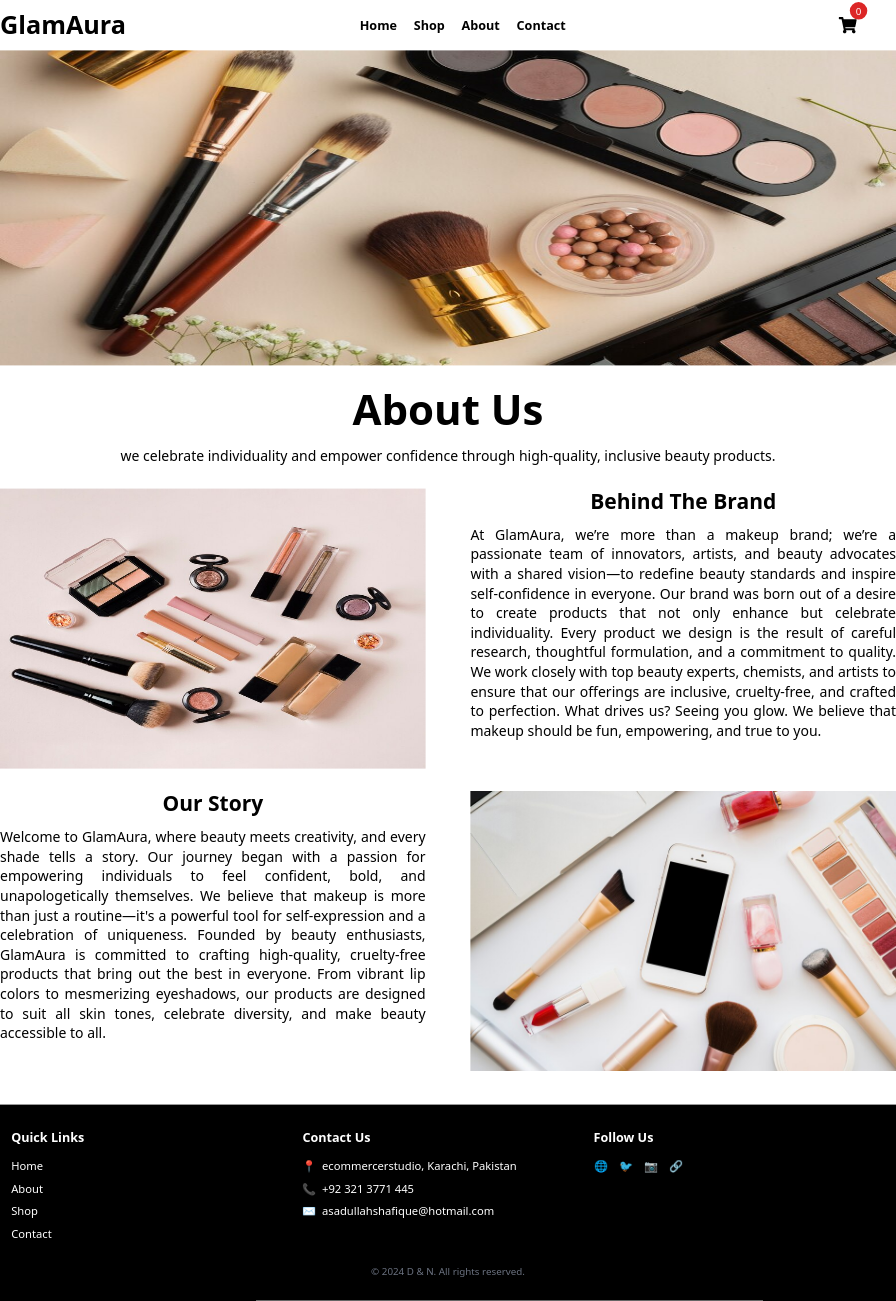
Repository: asadullah48/ecommerce-parlour-next14
Page: /about
These files come from the project's save history. The page is drawn as it stood at one moment and after a run of saves; the edit follows.
The browser window is 1280 px wide. The pictures show the whole page, at 70% of full size.
The project was rebuilt for these pictures with package versions that can differ from the ones it lists, and the page was loaded fresh each time. The framework's server and built-in components were replaced by stand-ins that run in the browser. Also part of the build but not shown: next.config.mjs, src/app/components/CartProduct.tsx, src/app/components/Cart.tsx.

Above is the page before, as saved 2024-10-28 11:36:49.

### src/app/layout.tsx
"use client"
import localFont from "next/font/local";
import "./globals.css";
import Navbar from "./components/Navbar";
import Footer from "./components/Footer";
import { Provider } from "react-redux";
import { store } from "@/redux/store";
import { useState } from "react";
import Cart from "./components/Cart";


const geistSans = localFont({
  src: "./fonts/GeistVF.woff",
  variable: "--font-geist-sans",
  weight: "100 900",
});
const geistMono = localFont({
  src: "./fonts/GeistMonoVF.woff",
  variable: "--font-geist-mono",
  weight: "100 900",
});

// export const metadata: Metadata = {
//   title: "Cosmatics Website",
//   description: "Generated by create next app",
// };

export default function RootLayout({
  children,
}: Readonly<{
  children: React.ReactNode;
}>) {
  const [showCart, setShowCart] = useState(false)
  return (
    <html lang="en">
      <body className={`${geistSans.variable} ${geistMono.variable} antialiased`} >
        <Provider store={store}>
         <Navbar setShowCart={setShowCart}/>
         {showCart && <Cart setShowCart={setShowCart}/>}
         {children}
         <Footer/>
        </Provider>
      </body>
    </html>
  );
}

### src/app/about/page.tsx
import React from 'react'
import Image from 'next/image'

const page = () => {
  return (
    <div className='container relative rt-16'>
      <Image
        className='w-[100%] h-[450px]'
        src="/2.jpg"
        width={1500}
        height={900}
        alt='Hero Image'
      />

      <div className="container pt-8">
        <h2 className='text-center font-bold text-6xl pb-6'>About Us</h2>
        <p className='text-center text-xl pb-8'>
        we celebrate individuality and empower confidence through high-quality, inclusive beauty products.
        </p>

        {/* First Row */}
        <div className="grid md:grid-cols-2 gap-16">
          <div>
            <Image
              className='w-[100%] h-[400px]'
              src="/3.jpg"
              width={700}
              height={500}
              alt='Brand Image'
            />
          </div>
          <div className="space-y-4">
            <h3 className='text-center text-3xl font-bold'>Behind The Brand</h3>
            <p className='text-xl text-justify'>
            At GlamAura, we’re more than a makeup brand; we’re a passionate team of innovators, artists, and beauty advocates with a shared vision—to redefine beauty standards and inspire self-confidence in everyone. Our brand was born out of a desire to create products that not only enhance but celebrate individuality.

Every product we design is the result of careful research, thoughtful formulation, and a commitment to quality. We work closely with top beauty experts, chemists, and artists to ensure that our offerings are inclusive, cruelty-free, and crafted to perfection.

What drives us? Seeing you glow. We believe that makeup should be fun, empowering, and true to you.
            </p>
          </div>
        </div>

        {/* Second Row */}
        <div className="grid md:grid-cols-2 gap-16 pt-8">
          <div className="space-y-4 order-last md:order-first">
            <h3 className='text-center text-3xl font-bold'>Our Story</h3>
            <p className='text-xl text-justify'>
            Welcome to GlamAura, where beauty meets creativity, and every shade tells a story. Our journey began with a passion for empowering individuals to feel confident, bold, and unapologetically themselves. We believe that makeup is more than just a routine—it's a powerful tool for self-expression and a celebration of uniqueness.

Founded by beauty enthusiasts, GlamAura is committed to crafting high-quality, cruelty-free products that bring out the best in everyone. From vibrant lip colors to mesmerizing eyeshadows, our products are designed to suit all skin tones, celebrate diversity, and make beauty accessible to all.
            </p>
          </div>
          <div>
            <Image
              className='w-[100%] h-[400px]'
              src="/6.jpg"
              width={700}
              height={500}
              alt='Our Story Image'
            />
          </div>
        </div>
      </div>
    </div>
  )
}

export default page

### src/app/globals.css
@tailwind base;
@tailwind components;
@tailwind utilities;

@layer components {
    .navLink{
        @apply text-[18px] hover:text-rose-800
    }
}

### src/app/components/Navbar.tsx
import React, { useState } from 'react';
import { RxHamburgerMenu } from 'react-icons/rx';
import { FaTimes, FaShoppingCart } from 'react-icons/fa';
import Link from 'next/link';
import { useAppSelector } from '@/redux/hooks';

const Navbar = ({ setShowCart }: any) => {
  const cartCount = useAppSelector((state) => state.cartReducer.length);
  const [isMenuOpen, setIsMenuOpen] = useState(false);

  return (
    <div className="bg-white py-4 sticky top-0 z-10">
      <div className="container flex justify-between items-center">
        <RxHamburgerMenu
          className="sm:hidden text-[26px] cursor-pointer"
          onClick={() => setIsMenuOpen(true)}
        />

        <Link href="/" className="text-4xl font-bold hover:text-rose-800">GlamAura</Link>

        <ul className="hidden sm:flex gap-6 font-bold">
          <li>
            <Link href="/" className='navLink'>Home</Link>
          </li>
          <li>
            <Link href="/shop" className='navLink'>Shop</Link>
          </li>
          <li>
            <Link href="/about" className='navLink'>About</Link>
          </li>
          <li>
            <Link href="/contact" className='navLink'>Contact</Link>
          </li>
        </ul>
        <div className="flex gap-4 px-14 text-[26px]">
          <div className="relative cursor-pointer" onClick={() => setShowCart(true)}>
            <FaShoppingCart />
            <div className="absolute top-[-20px] right-[-15px] bg-red-600 w-[25px] h-[25px] rounded-full text-white text-[14px] grid place-items-center ">
              {cartCount}
            </div>
          </div>
        </div>
      </div>
      {isMenuOpen && (
        <div className="sm:hidden bg-white shadow-lg">
          <div className="flex justify-between items-center p-4 border-b">
            <h2 className="text-xl font-bold">Menu</h2>
            <FaTimes
              className="text-[26px] cursor-pointer"
              onClick={() => setIsMenuOpen(false)}
            />
          </div>
          <ul className="flex flex-col p-4 items-center">
            <li className="py-2 font-bold">
              <Link href="/" className='navLink ' onClick={() => setIsMenuOpen(false)}>Home</Link>
            </li>
            <li className="py-2 font-bold">
              <Link href="/shop" className='navLink' onClick={() => setIsMenuOpen(false)}>Shop</Link>
            </li>
            <li className="py-2 font-bold">
              <Link href="/about" className='navLink' onClick={() => setIsMenuOpen(false)}>About</Link>
            </li>
            <li className="py-2 font-bold">
              <Link href="/contact" className='navLink' onClick={() => setIsMenuOpen(false)}>Contact</Link>
            </li>
          </ul>
        </div>
      )}
    </div>
  );
};

export default Navbar;

### src/app/components/Footer.tsx
import React from 'react';

const Footer: React.FC = () => {
  return (
    <footer className="bg-black text-white py-8 pt-8 mt-12">
      <div className="container  mx-auto px-4">
        <div className=" container flex flex-col md:flex-row justify-between space-y-8 md:space-y-0">
          {/* Links Section */}
          <div className="flex-1">
            <h3 className="text-lg font-semibold mb-4">Quick Links</h3>
            <ul className="space-y-2">
              <li><a href="/" className="hover:text-rose-800">Home</a></li>
              <li><a href="/about" className="hover:text-rose-800">About</a></li>
              <li><a href="/shop" className="hover:text-rose-800">Shop</a></li>
              <li><a href="/contact" className="hover:text-rose-800">Contact</a></li>
            </ul>
          </div>

          {/* Contact Info Section */}
          <div className="flex-1">
            <h3 className="text-lg font-semibold mb-4">Contact Us</h3>
            <ul className="space-y-2">
              <li className="flex items-center space-x-2">
                <span>📍</span>
                <span> ecommercerstudio, Karachi, Pakistan</span>
              </li>
              <li className="flex items-center space-x-2">
                <span>📞</span>
                <span>+92 321 3771 445</span>
              </li>
              <li className="flex items-center space-x-2">
                <span>✉️</span>
                <span>asadullahshafique@hotmail.com</span>
              </li>
            </ul>
          </div>

          {/* Social Media Icons */}
          <div className="flex-1">
            <h3 className="text-lg font-semibold mb-4">Follow Us</h3>
            <div className="flex space-x-4">
              <a href="#" className="text-gray-200 hover:text-blue-400" aria-label="Facebook">🌐</a>
              <a href="#" className="text-gray-200 hover:text-blue-400" aria-label="Twitter">🐦</a>
              <a href="#" className="text-gray-200 hover:text-blue-400" aria-label="Instagram">📷</a>
              <a href="#" className="text-gray-200 hover:text-blue-400" aria-label="LinkedIn">🔗</a>
            </div>
          </div>
        </div>

        {/* Footer Bottom */}
        <div className="mt-8 text-center text-gray-500 text-sm">
          &copy; 2024 D & N. All rights reserved.
        </div>
      </div>
    </footer>
  );
};

export default Footer;

### src/redux/store.ts
import {configureStore} from "@reduxjs/toolkit";
import cartReducer from "./features/cartSlice";

export const store = configureStore({
    reducer: {
        cartReducer,
    },
    devTools: process.env.NODE_ENV !== "production",
});
export type RootState = ReturnType<typeof store.getState>;
export type AppDispatch = typeof store.dispatch;

### src/redux/hooks.ts
import {TypedUseSelectorHook, useDispatch, useSelector} from "react-redux";
import type{RootState, AppDispatch} from "./store";

export const useAppDispatch = () => useDispatch <AppDispatch>();
export const useAppSelector : TypedUseSelectorHook<RootState> = useSelector;

### src/redux/features/cartSlice.ts
import {createSlice, PayloadAction} from "@reduxjs/toolkit";

interface IProduct{
    id:number;
    name:string;
    img:string;
    price:number;
    quantity:number;
}

const initialState: Array<IProduct> = []

export const cartSlice = createSlice({
    name:"cartSlice",
    initialState,
    reducers: {
        addToCart: (state, action: PayloadAction<IProduct>) => {
            if (state.findIndex((pro) => pro.id === action.payload.id) === -1) {
                state.push(action.payload);
            }
            else{
                return state.map((item) => item.id === action.payload.id ? {...item, quantity:item.quantity + 1} : item);
            }
        },
        removeFromCart:(state, action:PayloadAction<number>) => {
            const id = action.payload;
            return state.filter((item) => item.id !== id);
        },
    },
});

export const {addToCart, removeFromCart} = cartSlice.actions
export default cartSlice.reducer

Loaded but not shown: tailwind.config.ts (common file)

After the next 5 saves:
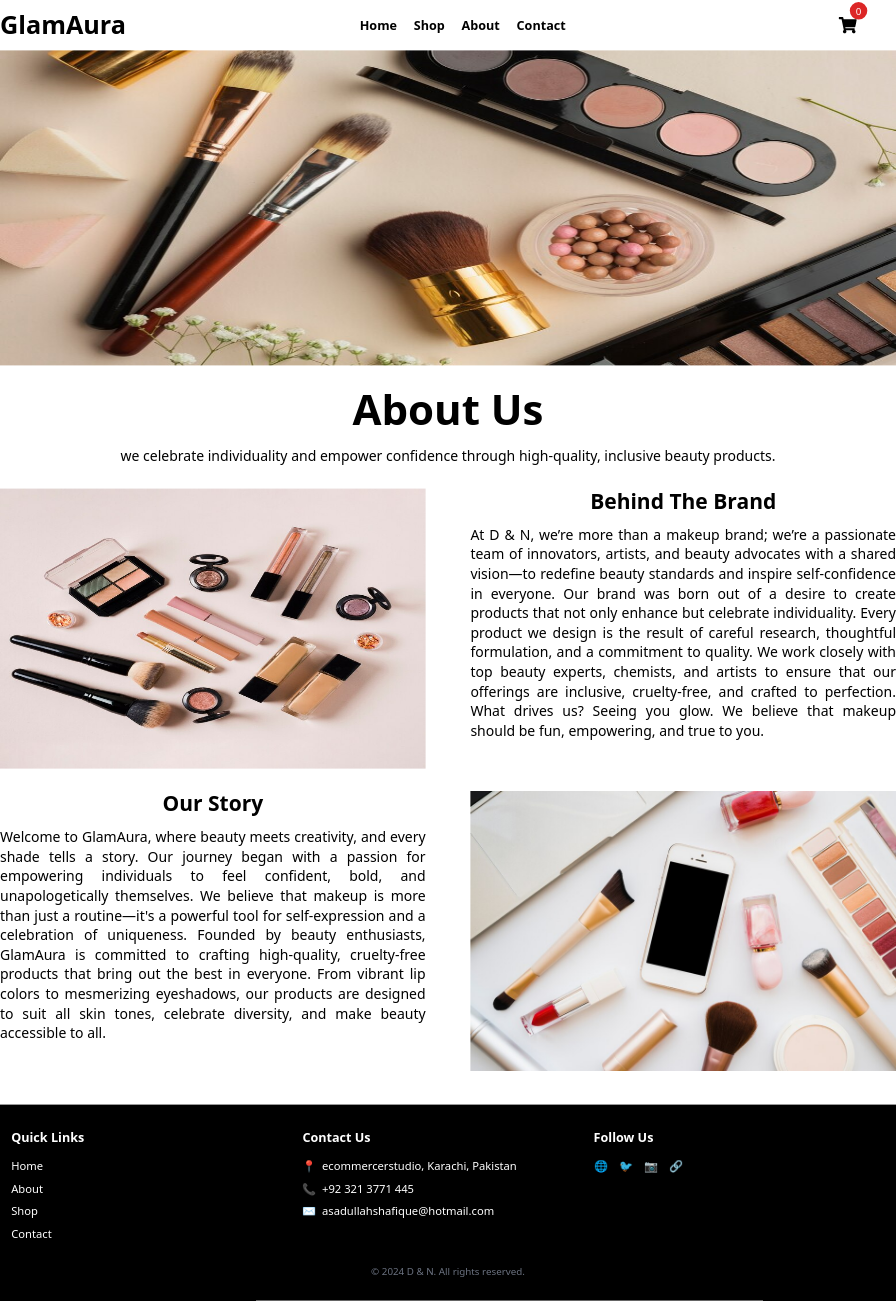
The 5 saves are shown as one change because they came seconds apart.
The last was saved 58 s later.
--- a/src/app/about/page.tsx
+++ b/src/app/about/page.tsx
@@ -32,7 +32,7 @@ const page = () => {
           <div className="space-y-4">
             <h3 className='text-center text-3xl font-bold'>Behind The Brand</h3>
             <p className='text-xl text-justify'>
-            At GlamAura, we’re more than a makeup brand; we’re a passionate team of innovators, artists, and beauty advocates with a shared vision—to redefine beauty standards and inspire self-confidence in everyone. Our brand was born out of a desire to create products that not only enhance but celebrate individuality.
+            At D & N, we’re more than a makeup brand; we’re a passionate team of innovators, artists, and beauty advocates with a shared vision—to redefine beauty standards and inspire self-confidence in everyone. Our brand was born out of a desire to create products that not only enhance but celebrate individuality.
 
 Every product we design is the result of careful research, thoughtful formulation, and a commitment to quality. We work closely with top beauty experts, chemists, and artists to ensure that our offerings are inclusive, cruelty-free, and crafted to perfection.
 
